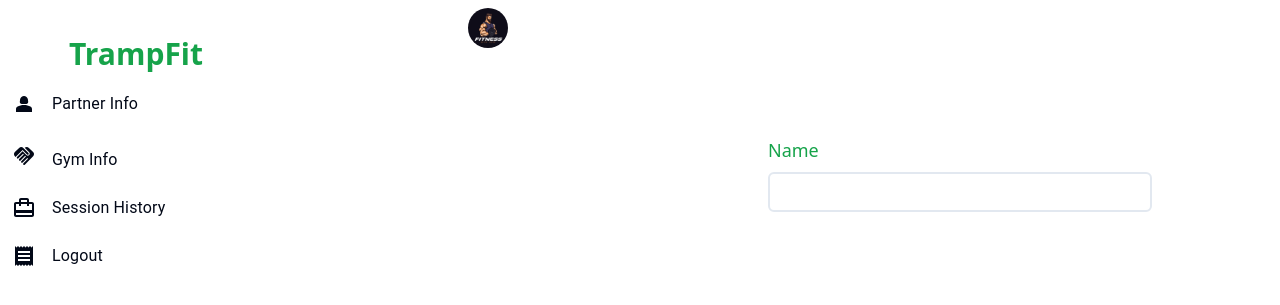
Repository: ezioxatul/TrampFit-Website
Page: /partner/partnerDashboard/gymInfo (app in Frontend/)
An editor plug-in stored every save of this project. The page is shown before and after the next save, followed by the edit.
The browser window is 1280 px wide. The pictures show the whole page.
The project was rebuilt for these pictures with package versions that can differ from the ones it lists, and the page was loaded fresh each time. The framework's server and built-in components were replaced by stand-ins that run in the browser. Also part of the build but not shown: Frontend/next.config.js, Frontend/next.config.mjs, Frontend/components/Loader.js, Frontend/components/Popup.js.

Above is the page before, as saved 2024-05-16 18:29:33.

After the next save:
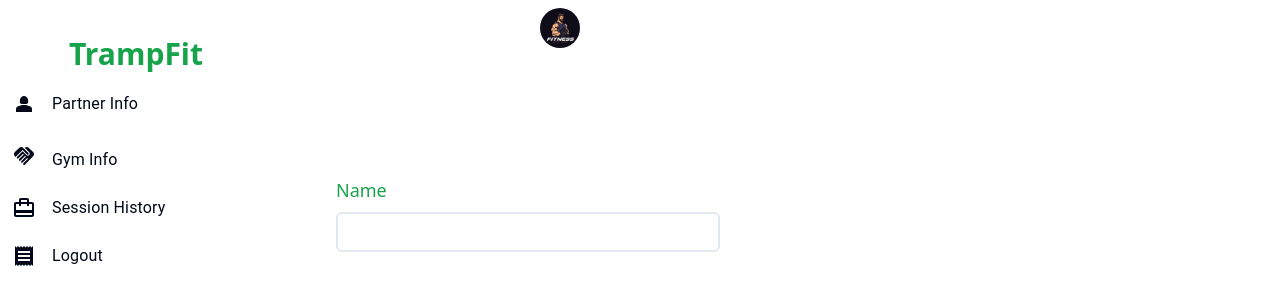
Saved 31 s later.
--- a/Frontend/pages/partner/partnerDashboard/gymInfo.js
+++ b/Frontend/pages/partner/partnerDashboard/gymInfo.js
@@ -11,6 +11,7 @@ export default function gymInfo() {
     <>
       <div className="flex">
         <PartnerSideBar />
+        <div className="flex-col">
         <Avatar className="w-36 mx-auto h-36 text-6xl bg-black" src="/gymname.png" />
         <div className="mt-32 ml-16 flex flex-col">
         <div className="mr-32 space-y-2">
@@ -21,6 +22,7 @@ export default function gymInfo() {
         </div>
       </div>
       </div>
+      </div>
     </>
   );
 }
